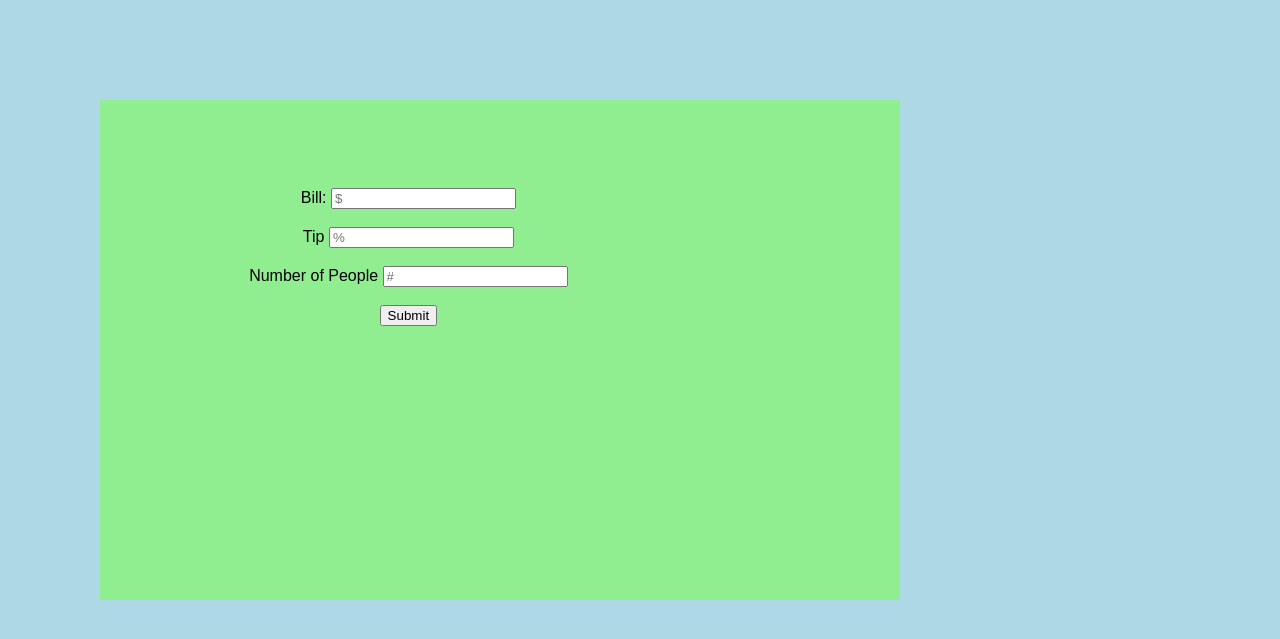
Repository: SamirIngley/Tip-Calculator
Page: tip_display.html
These files come from the project's save history. The page is drawn as it stood at one moment and after the next save; the edit follows.
The browser window is 1280 px wide. The pictures show the whole page.

Above is the page before, as saved 2020-02-13 08:22:17.

### tip_display.html
<!DOCTYPE html>
<html lang="en">
<head>
    <meta charset="UTF-8">
    <meta name="viewport" content="width=device-width, initial-scale=1.0">
    <meta http-equiv="X-UA-Compatible" content="ie=edge">
    <link href="style.css" rel="stylesheet">
    <title>Tip Calculator</title>
</head>
<body>

    <div class="main-content">
        <form id='form' class='form'>
            <div class='bill'>
                <label>Bill:</label>
                <input id='bill' type="number" name="bill" placeholder="$">
            </div>
            <br>
            <div class='tip'>
                <label>Tip</label>
                <input id='tip' type="number" name="tip" placeholder="%">
            </div>
            <br>
            <div class='numppl'>
                <label>Number of People</label>
                <input id='numppl' type="number" name="numppl" placeholder="#">
            </div>
            <br>
            <div class='submit'>
                <input type="submit" name="submit" value="Submit">
            </div>
        </form>


        </div>

        <p id='tip-display'>
        </p>

        <p id='total-display'>
        </p>

        <p id='total-pp-display'>
        </p>

    </div>



    <script>

        const inputBill = document.getElementById('bill')
        const inputTip = document.getElementById('tip')
        const inputNumppl = document.getElementById('numppl')
        const form = document.getElementById('form')
        const displayTip = document.getElementById('tip-display')
        const displayTotal = document.getElementById('total-display')
        const displayTotalPP = document.getElementById('total-pp-display')


        function calculateTip() {

            const bill = parseInt(inputBill.value)
            const people = inputNumppl.value
            const percent = inputTip.value
            const tip = bill * percent / 100
            const total = bill + tip
            const totalPP = total / people
            console.log(bill)
            console.log(percent)
            console.log(total)
            console.log(tip)
            console.log(people)
            console.log(totalPP)

            displayTip.innerHTML = `Tip: $${tip.toFixed(2)}`
            displayTotal.innerHTML = `Total: $${total.toFixed(2)}`
            displayTotalPP.innerHTML = `Per Person: $${totalPP.toFixed(2)}`
        }



        form.addEventListener("submit", function(e) {
            e.preventDefault()
            calculateTip()
        })

        // inputBill.addEventListnener('change', function(e) {
        //     console.log(inputBill.value)
        //     const newBillAMount = parseFloat(e.target.value)

        // })

    </script>



</body>
</html>

### style.css
body {
    background-color: lightblue;
    margin: 100px;
    display: flex;
}

div.main-content {
    background-color: lightgreen;
    display: grid;
    grid-gap: 5px;
    grid-template-columns: (2, 1fr);
    grid-template-rows: (4, 1fr);
    height: 500px;
    width: 800px;
    grid-template-areas: "b b"
                         "t t"
                         "n n"
                         "s s"

}



.main-content>form {
    display: block;
    font-family: Arial, Helvetica, sans-serif;
    justify-content: center;
    align-items: center;
    align-content: center;
    text-align: center;
    margin: 10px;
    padding: 50px;
}


.bill {
    grid-area: b;
}

.tip {
    grid-area: t;
}

.numppl {
    grid-area: n;
}

.submit {
    grid-area: s;
}

After the next save:
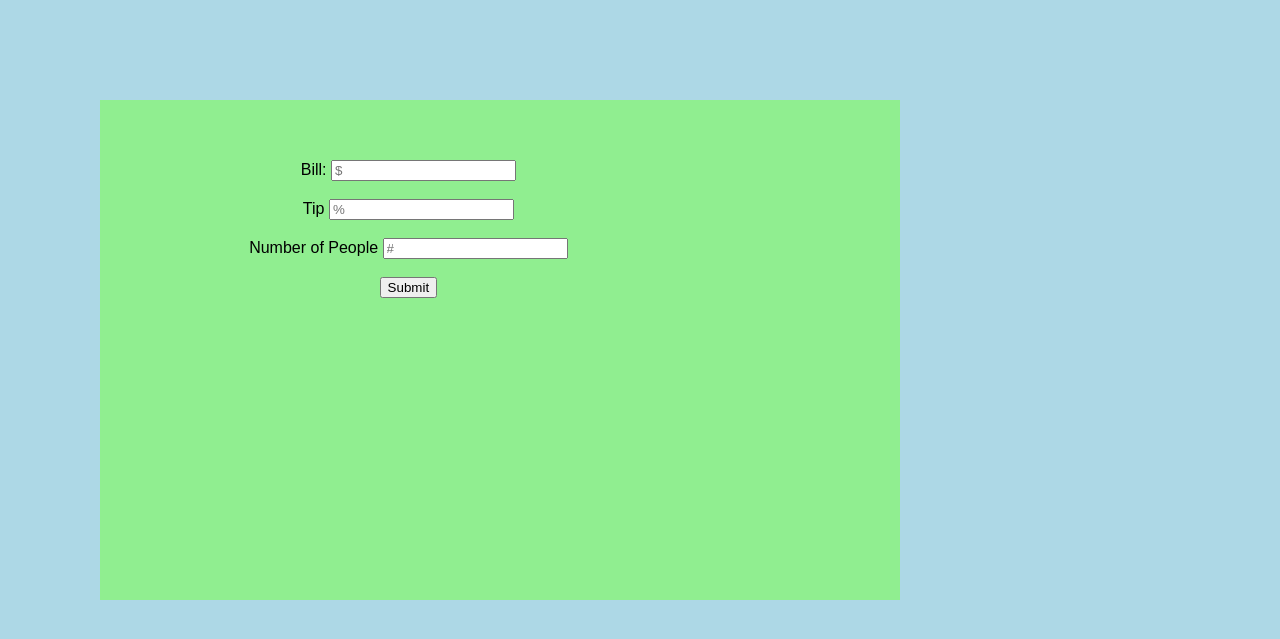
Saved 11 s later.
--- a/style.css
+++ b/style.css
@@ -24,9 +24,6 @@ div.main-content {
 .main-content>form {
     display: block;
     font-family: Arial, Helvetica, sans-serif;
-    justify-content: center;
-    align-items: center;
-    align-content: center;
     text-align: center;
     margin: 10px;
     padding: 50px;
